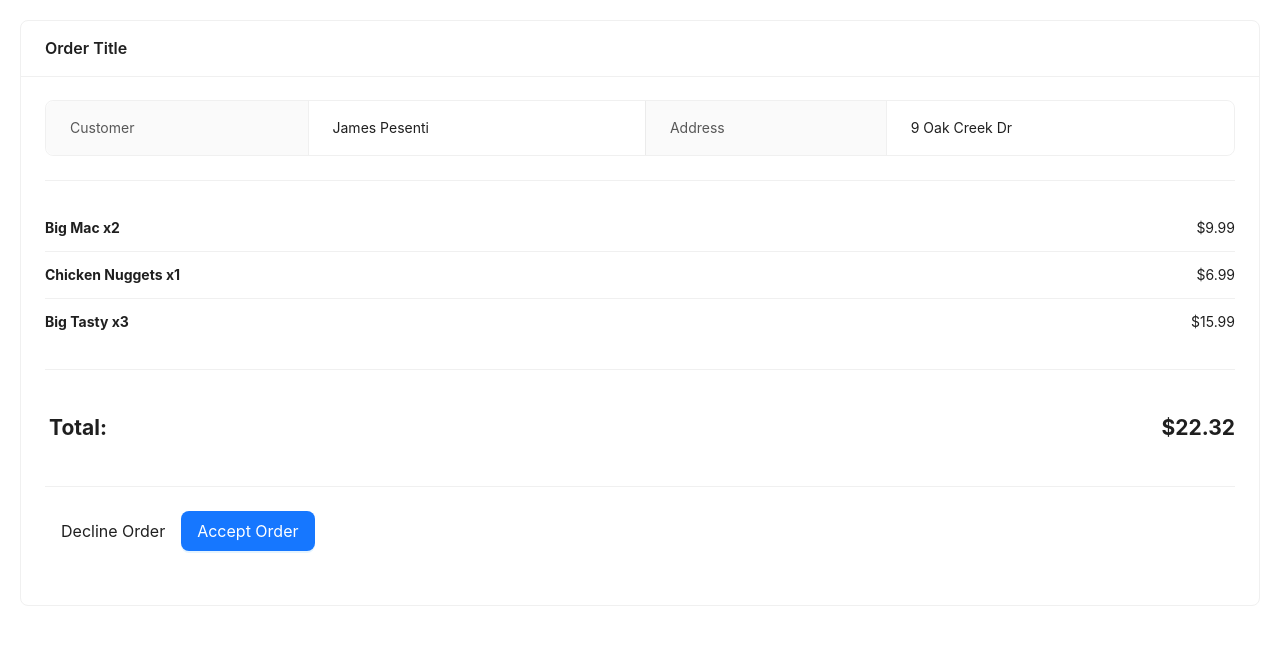
Repository: JamesPesenti/UberEatsDashboard
Page: /
An editor plug-in stored every save of this project. The page is shown before and after the next save, followed by the edit.
The browser window is 1280 px wide. The pictures show the whole page.
The project was rebuilt for these pictures with package versions that can differ from the ones it lists, and the page was loaded fresh each time.

Above is the page before, as saved 2023-02-25 07:15:22.

After the next save:
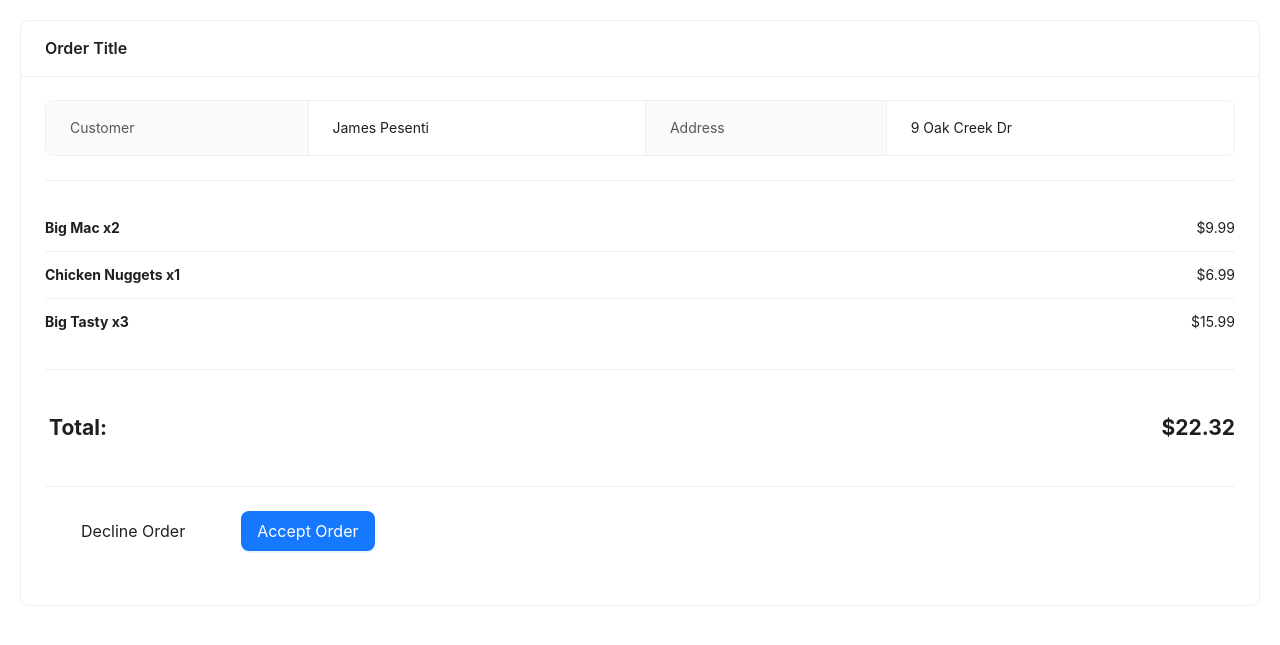
Saved 29 s later.
--- a/src/App.js
+++ b/src/App.js
@@ -27,10 +27,10 @@ function App() {
         </div>
         <Divider />
         <div style={styles.buttonContainer}>
-            <Button styles={styles.button} type="ghost" size="large">
+            <Button style={styles.button} type="ghost" size="large">
               Decline Order
             </Button>
-            <Button styles={styles.button} type="primary" size="large">
+            <Button style={styles.button} type="primary" size="large">
               Accept Order
             </Button>
         </div>
